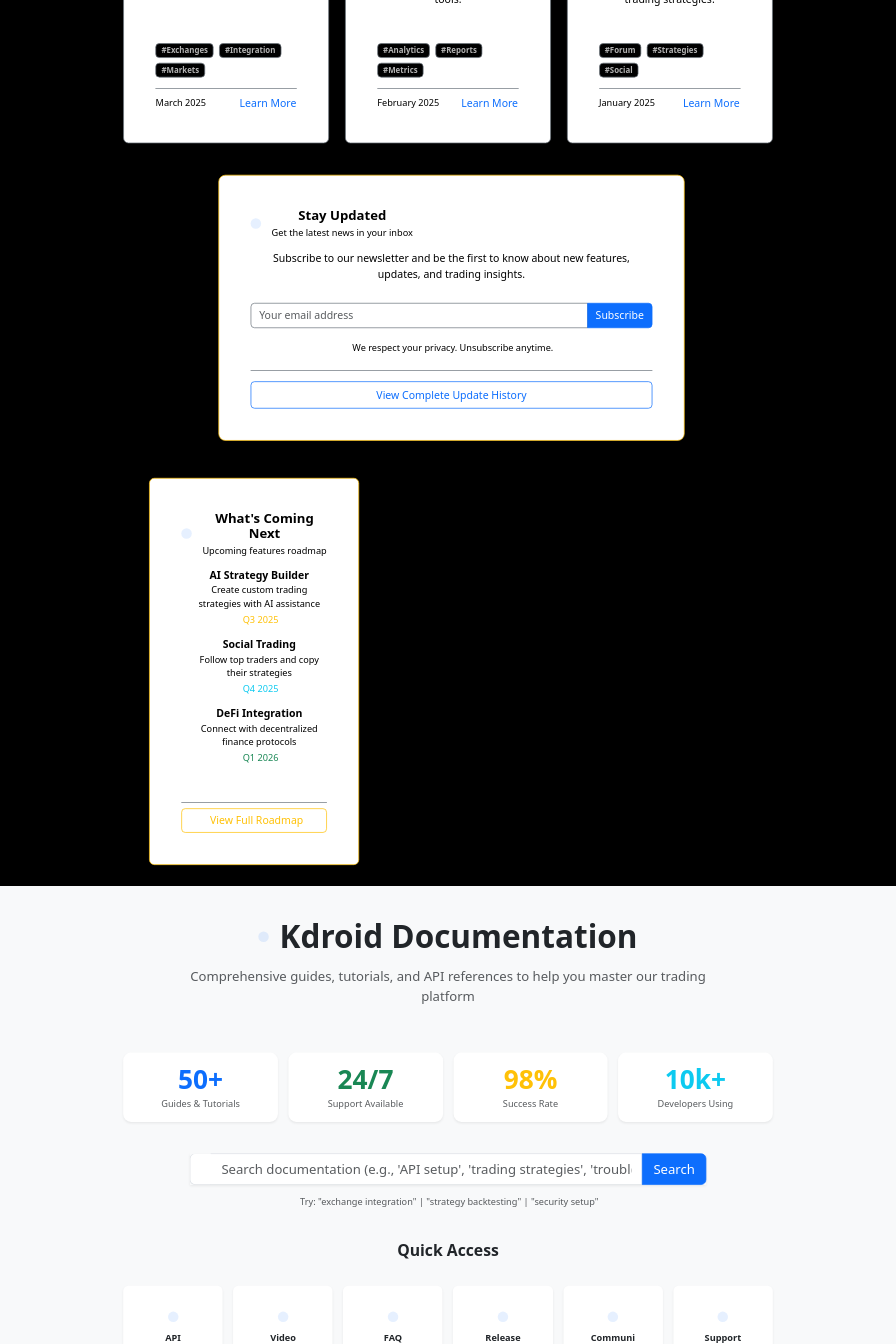
Repository: Kevin-Pro-Codes/halo-trading
Page: /
The author's editor kept a copy of each file at every save. The page is drawn from the files as they stood at one save, then again after a run of saves.
The browser window is 1280 px wide. The pictures show the part of the page from y = 4264 to 6184 px (the page is 19815 px tall before and 19776 px after), at 70% of full size.
The page's requests for data from a server got no answer. The project was rebuilt for these pictures with package versions that can differ from the ones it lists, and the page was loaded fresh each time. Some packages were replaced by stand-ins written for this rebuild. No one was signed in, and anything a server would have sent is missing. Also part of the build but not shown: vite.config.js, src/styles/DocStyle.css, src/styles/PricingStyle.css.

Above is the page before, as saved 2025-12-09 21:26:52.

After the next 3 saves:
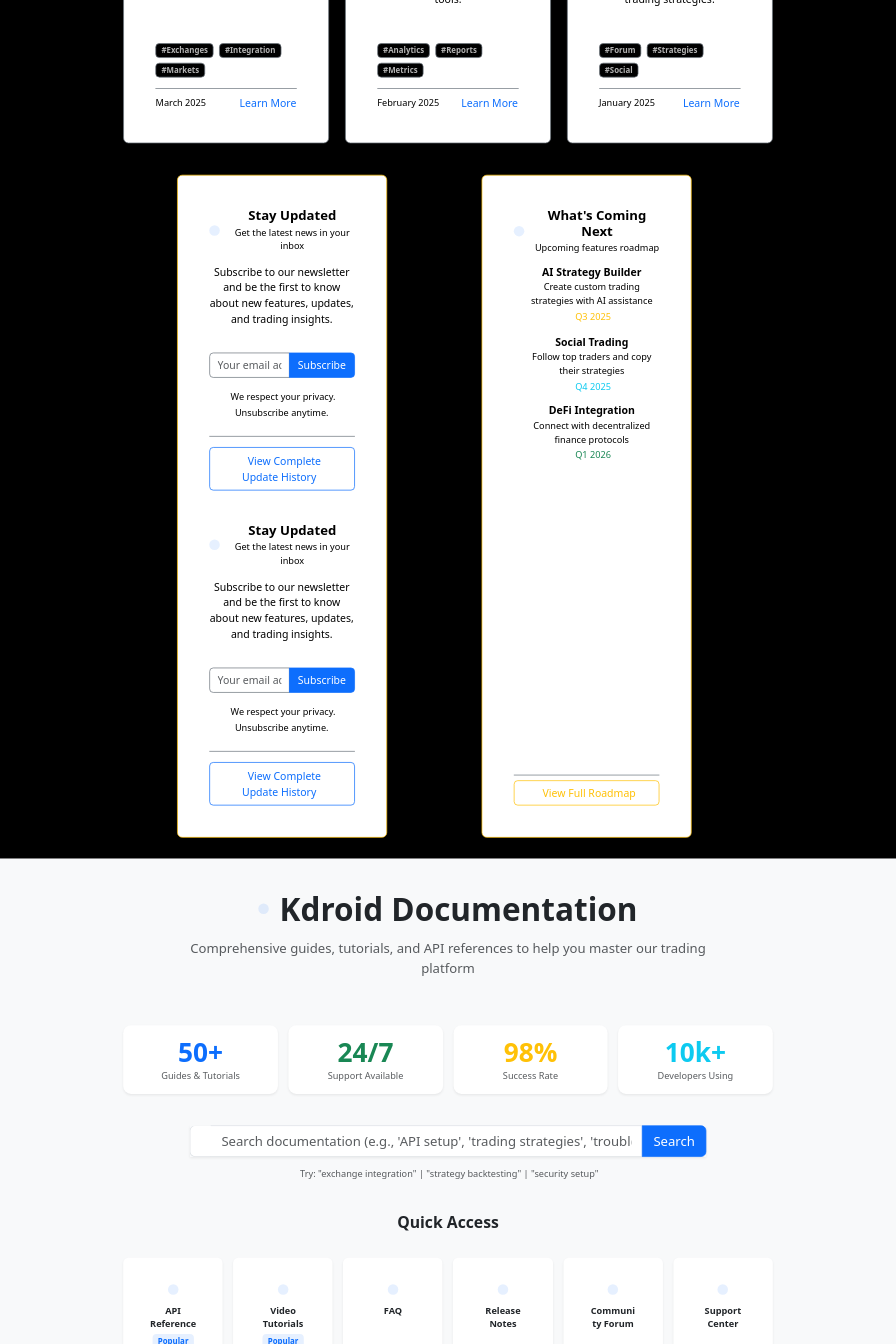
The 3 saves are shown as one change because they came seconds apart.
The last was saved 43 s later.
--- a/src/components/LatestSection.jsx
+++ b/src/components/LatestSection.jsx
@@ -191,17 +191,48 @@
           <div className="col-12 col-lg-10">
             <div className="row g-3 g-lg-4">
 
-    {/* Left Box: Newsletter */}
-    <div style={{
-      marginLeft: '130px',
-      minWidth: '400px',
-      maxWidth: '700px'
-    }}>
-       <div className="card border-warning bg-white" style={{
-        minWidth: '666px',
-        minHeight: '380px',
-        borderRadius: '10px'
-      }}>
+  {/* LEFT BOX - NEWSLETTER */}
+      <div className="col-12 col-lg-6">
+        <div className="card border-warning bg-white h-100">
+          <div className="card-body p-3 p-lg-4 d-flex flex-column">
+
+            <div className="d-flex align-items-center mb-3">
+              <div className="bg-primary bg-opacity-10 p-2 rounded-circle me-3">
+                <i className="bi bi-bell-fill text-black fs-4"></i>
+              </div>
+              <div>
+                <h4 className="fw-bold mb-1 text-black fs-5 fs-lg-4">Stay Updated</h4>
+                <p className="text-black small mb-0">Get the latest news in your inbox</p>
+              </div>
+            </div>
+
+            <p className="text-black mb-3 mb-lg-4 flex-grow-1">
+              Subscribe to our newsletter and be the first to know about new features, updates, and trading insights.
+            </p>
+
+            <div className="mt-auto">
+              <div className="input-group mb-2 mb-lg-3">
+                <input type="email" className="form-control border-secondary" placeholder="Your email address"/>
+                <button className="btn btn-primary">Subscribe</button>
+              </div>
+
+              <small className="text-black">
+                <i className="bi bi-shield-check me-1"></i> We respect your privacy. Unsubscribe anytime.
+              </small>
+
+              <div className="mt-3 mt-lg-4 pt-3 border-top border-secondary">
+                <button className="btn btn-outline-primary w-100 px-3 px-lg-4 py-2">
+                  <i className="bi bi-clock-history me-2"></i>
+                  <span className="d-none d-md-inline">View Complete Update History</span>
+                  <span className="d-md-none">All Updates</span>
+                  <i className="bi bi-arrow-right ms-2"></i>
+                </button>
+              </div>
+            </div>
+
+          </div>
+
+
 
                   <div className="card-body p-3 p-lg-4 d-flex flex-column">
                     <div className="d-flex align-items-center mb-3">
